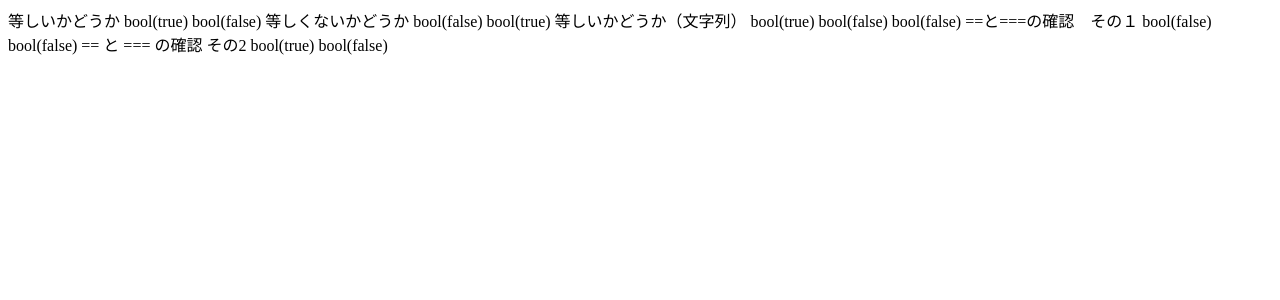
Repository: tamuramasumi/WEBCAMP_PHP_Beginner
Page: http://localhost/operator.php
The author's editor kept a record of every edit. The page is drawn from the files as they stood at one moment, then again after the next edit.
The browser window is 1280 px wide. The pictures show the whole page.
The page is run by PHP 8.4 with error messages shown; the project is at /var/www/html/.

Above is the page before.

After the next edit:
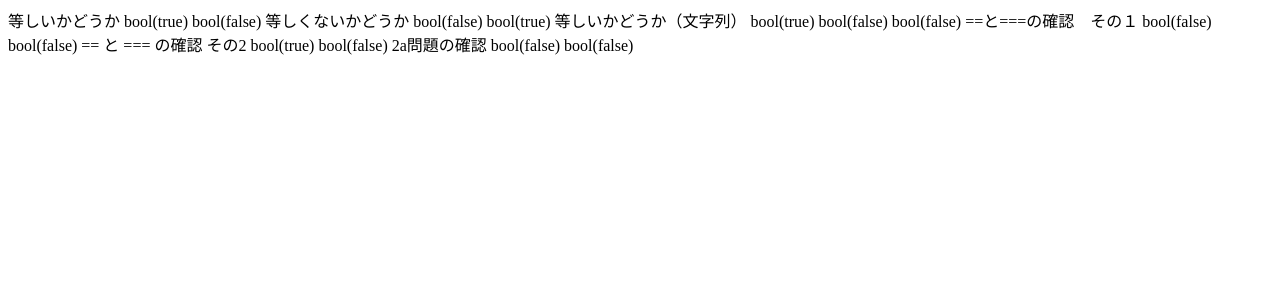
The edit:
--- a/operator.php
+++ b/operator.php
@@ -30,3 +30,10 @@ echo "\n";
 echo "== と === の確認 その2\n";
 var_dump($i == '1');
 var_dump($i === '1');
+
+// 2a問題の確認
+echo "\n";
+echo "2a問題の確認\n";
+$i = 2;
+var_dump($i == '2a');
+var_dump($i === '2a');
